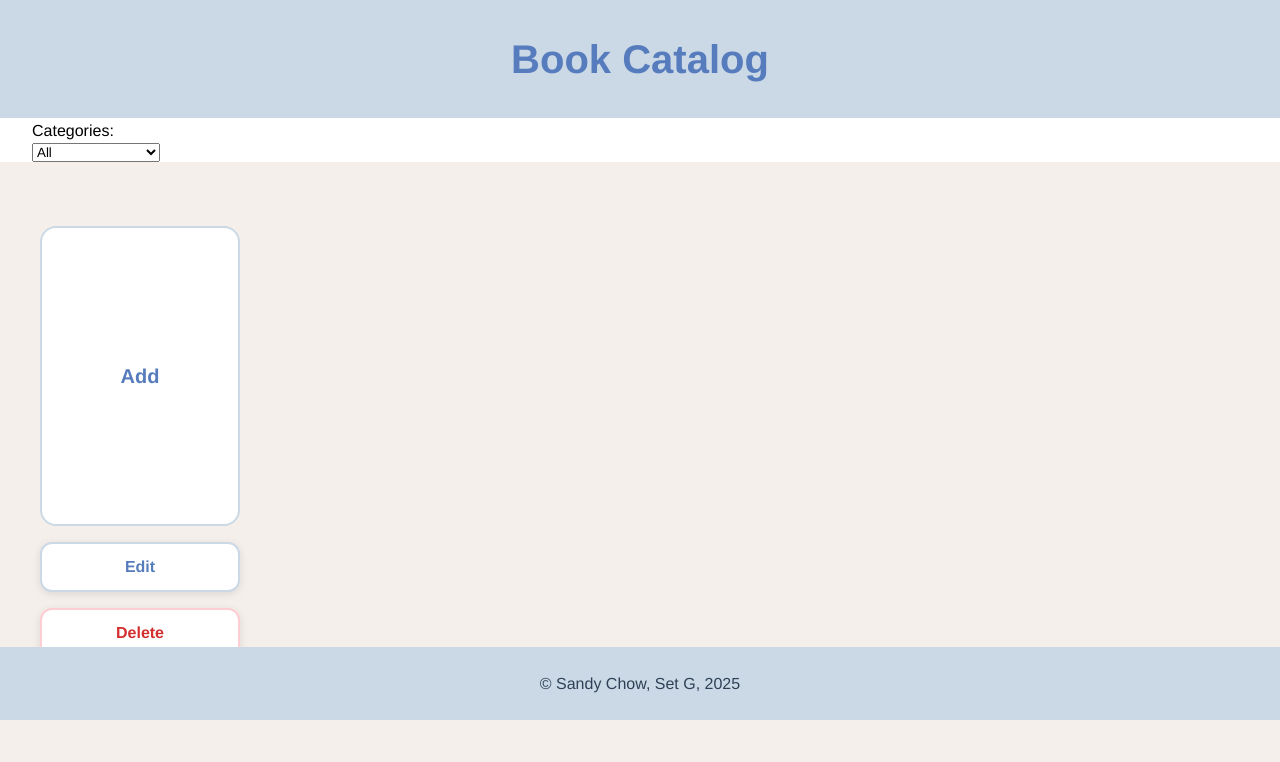
Repository: Bcit-sandy/COMP3170_Lab7
Page: /
An editor plug-in stored every save of this project. The page is shown before and after the next save, followed by the edit.
The browser window is 1280 px wide. The pictures show the whole page.
The project was rebuilt for these pictures with package versions that can differ from the ones it lists, and the page was loaded fresh each time. Also part of the build but not shown: vite.config.js, src/components/Info.jsx, src/components/Book.jsx.

Above is the page before, as saved 2025-10-25 23:42:42.

### index.html
<!doctype html>
<html lang="en">
  <head>
    <meta charset="UTF-8" />
    <link rel="icon" type="image/svg+xml" href="/vite.svg" />
    <meta name="viewport" content="width=device-width, initial-scale=1.0" />
    <title>Book Catalog App</title>
  </head>
  <body>
    <div id="root"></div>
    <script type="module" src="/src/main.jsx"></script>
  </body>
</html>

### src/main.jsx
import { StrictMode } from 'react';
import { createRoot } from 'react-dom/client';
import './index.css';
import './components/Modal/Modal.css';
import App from './App.jsx';

createRoot(document.getElementById('root')).render(
  <StrictMode>
    <App />
  </StrictMode>,
)

### src/index.css
:root {
  --light-blue-color: #CBD9E6;
  --blue-color: #567cbd;
  --beige-color: #f5efeb;
  --dark-blue-color: #2f4156;
  --white-color: #ffffff;
}

*{
  font-family: Helvetica, sans-serif
}

body {
  margin: 0;
  padding: 0;
  line-height: 1.6;
}

.app-header {
  background-color: var(--light-blue-color);
  min-height: 12vh;
  display: flex;
  flex-direction: column;
  align-items: center;
  justify-content: center;
}

.app-name {
  font-size: 2.5rem;
  color: var(--blue-color);
}

.app-main {
  background: var(--beige-color);
  width: 100%;
  min-height: 70vh;
  display: flex;
  flex-direction: column;
  align-items: center;
  justify-content: center;
  padding: 2rem 0;
  flex-wrap: wrap;
}

.app-main-content {
  background: var(--white-color);
  min-height: 10vh;
  width: 100%;
  display: flex;
  flex-direction: column;
  align-items: center;
  justify-content: center;
  padding: 2rem;
  border-radius: 12px;
  margin: 1rem;
  max-width: 1000px;
  flex-wrap: wrap;
}

.learn-more {
  color: var(--blue-color);
  text-decoration: none;
  transition: all 0.3s ease;
}

.learn-more:hover {
  color: var(--dark-blue-color);
  text-decoration: underline;
}

.app-main-content-text {
  font-size: 16px;
  color: var(--dark-blue-color);
  font-weight: 400;
  text-align: center;
  max-width: 600px;
  line-height: 1.7;
}

.add-button {
  background: var(--white-color);
  color: var(--blue-color);
  border: 2px solid var(--light-blue-color);
  border-radius: 16px;
  width: 200px;
  height: 300px;
  display: flex;
  align-items: center;
  justify-content: center;
  cursor: pointer;
  transition: all 0.3s ease;
  font-size: 1.25rem;
  font-weight: 600;
  box-shadow: 0 4px 12px var(--shadow-light);
  position: relative;
  overflow: hidden;

}

.add-button:hover {
  background-color: var(--blue-color);
  color: var(--white-color);
  box-shadow: 0 4px 15px rgba(0, 0, 0, 0.2);
  transform: translateY(-2px);
}

/* Update and Delete Button Styles */
.update-button,
.delete-button {
  background: var(--white-color);
  color: var(--blue-color);
  border: 2px solid var(--light-blue-color);
  border-radius: 12px;
  width: 200px;
  height: 50px;
  display: flex;
  align-items: center;
  justify-content: center;
  cursor: pointer;
  transition: all 0.3s ease;
  font-size: 1rem;
  font-weight: 600;
  box-shadow: 0 2px 8px rgba(0, 0, 0, 0.1);
  position: relative;
  overflow: hidden;
}

.update-button:hover {
  background-color: var(--blue-color);
  color: var(--white-color);
  border-color: var(--blue-color);
  box-shadow: 0 4px 12px rgba(86, 124, 189, 0.3);
  transform: translateY(-2px);
}

.delete-button {
  background: var(--white-color);
  color: #d32f2f;
  border: 2px solid #ffcdd2;
}

.delete-button:hover {
  background-color: #d32f2f;
  color: var(--white-color);
  border-color: #d32f2f;
  box-shadow: 0 4px 12px rgba(211, 47, 47, 0.3);
  transform: translateY(-2px);
}

.update-button:active,
.delete-button:active {
  transform: translateY(0);
  box-shadow: 0 2px 6px rgba(0, 0, 0, 0.2);
}

.app-content-container {
  display: grid;
  grid-template-columns: 200px 1fr;
  gap: 2rem;
  margin: 2rem auto;
  width: 100%;
  max-width: 1200px;
  padding: 0 1rem;
  margin-bottom: 10vh;
  align-items: start;
  justify-items: start;
  justify-content: center;
}

.add-button-column {
  grid-column: 1;
  grid-row: 1/ -1;
  display: flex;
  flex-direction: column;
  justify-content: center;
  align-items: center;
  gap: 1rem;
}

.button-group {
  display: flex;
  flex-direction: column;
  gap: 1rem;
  align-items: center;
  width: 100%;
}

.books-grid {
  grid-column: 2;
  display: grid;
  grid-template-columns: repeat(auto-fill, minmax(180px, 1fr));
  gap: 2rem;
  width: 100%;
  align-items: start;
  justify-items: start;
}

/* Responsive design --- smaller screens */
@media (max-width: 768px) {
  .app-main-content {
    width: 80%;
  }

  .app-content-container {
    grid-template-columns: auto;
    gap: 1rem;
  }

  .add-button-column {
    grid-row: 1/ -1;
    margin-bottom: 2rem;
  }

  .books-grid {
    grid-template-columns: repeat(auto-fill, minmax(180px, 1fr));
    gap: 2rem;
  }

  .add-button,
  .update-button,
  .delete-button {
    width: 150px;
    height: 45px;
    font-size: 0.9rem;
  }

  .add-button {
    height: 200px;
  }
}

.book-container {
  width: 200px;
  height: 300px;
  display: flex;
  flex-direction: column;
  align-items: center;
  border: none;
  background: var(--white-color);
  border-radius: 12px;
  transition: all 0.3s ease;
  overflow: hidden;
  justify-self: start;
  align-self: start;
}

.book-container:hover {
  transform: translateY(-4px);
  box-shadow: 0 8px 20px rgba(0, 0, 0, 0.15);
}

.book-container {
  cursor: pointer;
  position: relative;
}

.book-selected {
  border: 3px solid var(--blue-color) !important;
  background: var(--light-blue-color) !important;
  transform: translateY(-2px);
  box-shadow: 0 6px 16px var(--dark-blue-color) 50%;
}

.remove-button {
  position: absolute;
  top: 8px;
  right: 8px;
  background: var(--dark-blue-color);
  color: var(--white-color);
  border: none;
  border-radius: 50%;
  width: 25px;
  height: 25px;
  display: flex;
  align-items: center;
  justify-content: center;
  font-size: 16px;
  font-weight: bold;
  cursor: pointer;
  opacity: 0;
  transition: opacity 0.2s ease, background 0.2s ease;
  z-index: 2;
}

.book-container:hover .remove-button {
  opacity: 1;
}

.remove-button:hover {
  background: #d32f2f;
  transform: scale(1.1);
}

.book-cover {
  width: 100%;
  height: 100%;
  position: relative;
  overflow: hidden;
}

.book-cover-image {
  width: 100%;
  height: 100%;
  object-fit: cover;
  transition: transform 0.3s ease;
}

.book-container:hover .book-cover-image {
  transform: scale(1.05);
}

.book-price {
  font-size: 16px;
  background: var(--white-color);
  color: var(--dark-blue-color);
  margin: 0;
  width: 100%;
  height: 10px;
  font-weight: bold;
  text-align: center;
  padding: 0.75rem 0.5rem;
  display: flex;
  align-items: center;
  justify-content: center;
  border-top: 1px solid var(--light-blue-color);
}


.info-container {
  width: 100%;
  height: 50px;
  display: flex;
  align-items: center;
  justify-content: center;
  background: var(--light-blue-color);
  border-top: 1px solid var(--light-blue-color);
}

.info-link {
  font-size: 14px;
  color: var(--blue-color);
  background-color: var(--light-blue-color);
  width: 100%;
  height: 100%;
  font-weight: bold;
  text-decoration: none;
  cursor: pointer;
  transition: all 0.3s ease;
  display: flex;
  align-items: center;
  justify-content: center;
  border-radius: 0 0 12px 12px;
}

.info-link:hover {
  color: var(--dark-blue-color);
  text-decoration: underline;
  font-size: 16px;
}

.app-footer {
  background-color: var(--light-blue-color);
  color: var(--dark-blue-color);
  width: 100%;
  height: 10vh;
  display: flex;
  align-items: center;
  justify-content: center;
  position: fixed;
  bottom: 0;
  left: 0;
  border-top: 1px solid var(--light-blue-color);
  font-weight: 500;
  font-size: 16px;
}

### src/components/Modal/Modal.css
/* Modal dialog base */
dialog {
  border: none;
  border-radius: 16px;
  padding: 3rem;
  width: 100vw;
  max-width:400px;
  background: var(--white-color);
  box-shadow: 0 12px 40px rgba(0, 0, 0, 0.25);
}

/* Backdrop */
dialog::backdrop {
  background: rgba(47, 65, 86, 0.15);
  backdrop-filter: blur(2px);
}

/* Heading */
.new-book-form h2,
.form-container h2 {
  margin: 0 0 1rem 0;
  color: var(--blue-color);
  font-size: 1.5rem;
}

/* Form layout */
.new-book-form,
.form-container form {
  display: flex;
  flex-direction: column;
  gap: 1rem;
}

.new-book-form label,
.form-container .form-control label {
  color: var(--dark-blue-color);
  font-weight: bold;
  margin-bottom: 0.5rem;
}

.new-book-form input,
.form-container .form-control input {
    align-items: center;
    height: 1rem;
    font-size: 1rem;
    width: 100%;
    padding: 0.5rem;
    border: 2px solid var(--light-blue-color);
    border-radius: 10px;
}


/* Button style */
.button-primary,
.btn.primary {
  background: var(--blue-color);
  color: var(--white-color);
  border: 1px solid var(--blue-color);
  border-radius: 10px;
  padding: 0.5rem;
  width:50%;
  font-weight: bold;
  cursor: pointer;
}

.button-primary:hover,
.btn.primary:hover {
  background: var(--dark-blue-color);
}

.button-secondary {
  background: var(--white-color);
  color: var(--blue-color);
  border: 2px solid var(--light-blue-color);
  border-radius: 10px;
  padding: 0.5rem 0.9rem;
  font-weight: bold;
  cursor: pointer;
}

.button-secondary:hover {
  background: var(--blue-color);
  color: var(--white-color);
}

.form-container .form-control {
  display: flex;
  flex-direction: column;
}

/* Small screens */
@media (max-width: 480px) {
  dialog {
    width: 95vw;
    padding: 1.25rem;
  }
}

### src/App.jsx
import { useState } from "react";
import Book from "./components/Book";
import Add from "./components/New";
import Main from "./components/Main";
import data from "../data/books.json";
import Filter from "./components/Filter/Filter";

function App() {
  const [books, setBooks] = useState(data);
  const [selectedBook, setSelectedBook] = useState(null);

  function getBooks(bookData) {
    const isSelected = selectedBook && (selectedBook.isbn13 || selectedBook.title) === (bookData.isbn13 || bookData.title);
    return (
      <Book
        key={bookData.isbn13 || bookData.title}
        data={bookData}
        onSelect={handleBookSelection}
        isSelected={isSelected}
      />
    );
  }

  function handleBookSelection(book) {
    // If clicking the same book that's already selected, unselect it
    if (selectedBook && (selectedBook.isbn13 || selectedBook.title) === (book.isbn13 || book.title)) {
      setSelectedBook(null);
    } else {
      // Otherwise, select the clicked book
      setSelectedBook(book);
    }
  }

  function handleUpdateBook(updatedBook) {
    setBooks(prevBooks =>
      prevBooks.map(book =>
        (book.isbn13 || book.title) === (updatedBook.isbn13 || updatedBook.title)
          ? updatedBook
          : book
      )
    );
    setSelectedBook(updatedBook);
  }

  function handleDeleteBook() {
    if (selectedBook) {
      setBooks(prevBooks => prevBooks.filter(book =>
          (book.isbn13 || book.title) !== (selectedBook.isbn13 || selectedBook.title)
        ));
        setSelectedBook(null);
    } else {
      alert("Please select a book to delete");
    }
  }

  function handleAddBook(newBook) {
    setBooks(prevBooks => [...prevBooks, newBook]);
  }

  const categories = [...new Set(books.map(book => book.category))];

  return (
    <div>
      <header className="app-header">
       <h1 className="app-name">Book Catalog</h1>
      </header>

      <Filter/>
      <main className="app-main">

        <div className="app-content-container">
          <div className="add-button-column">
            <Add
              onDelete={handleDeleteBook}
              onAddBook={handleAddBook}
              book={selectedBook}
              update={handleUpdateBook}
            />
          </div>
          <Main>
            {books.map(getBooks)}
          </Main>
        </div>
      </main>

      <footer className="app-footer">
        <p>&copy; Sandy Chow, Set G, 2025</p>
      </footer>
    </div>

  )
}

export default App;

### src/components/New.jsx
import Modal from "./Modal/Modal";
import BookForm from "./Bookform";

function Add ({ onDelete, onAddBook, book, update }) {
  return (
    <div className="button-group">
      <Modal btnLabel="Add" btnClassName="add-button">
        <BookForm onAddBook={onAddBook} />
      </Modal>

      <Modal btnLabel="Edit" btnClassName="update-button">
        <BookForm book={book} add={update} onAddBook={onAddBook}/>
      </Modal>

      <button
        className="delete-button"
        onClick={onDelete}
        title="Delete selected book"
      >
        Delete
      </button>
    </div>
  )
}

export default Add

### src/components/Main.jsx
export default function Main({children}) {
    return (
        <main className="books-grid">
            {children}
        </main>
    );
}

### data/books.json
    [
]

### src/components/Filter/Filter.jsx
import "./Filter.css";
import { useState } from "react";
function Filter({ categories = [] }) {
    const [filter, setFilter] = useState('');
    return (
        <div className="filter-container">
            Categories:
            <select
                value={filter}
                onChange={(e) => setFilter(e.target.value)}>
                <option value=''>All</option>
                {[...categories].map((category) => (
                    <option value={category}>{category}</option>
                ))}
            </select>
        </div>
    );
}

export default Filter;

### src/components/Modal/Modal.jsx
import { useRef } from 'react';

function Modal({ btnLabel, btnClassName, children }) {

    const modalRef = useRef();

    function openModal() {
        modalRef.current.showModal();
    }

    function closeModal() {
        modalRef.current.close();
    }

    return (
        <>
            <button onClick={openModal} className={btnClassName}>{btnLabel}</button>
            <dialog ref={modalRef}>
                {children}
            </dialog>
        </>
    );

}

export default Modal;

### src/components/Bookform.jsx
import { useState } from "react";
import { nanoid } from "nanoid";

function BookForm({book, add, onAddBook}) {
    const [formData, setFormData] = useState({
        title: book?.title || '',
        author: book?.author || '',
        publisher: book?.publisher || '',
        year: book?.year || '',
        language: book?.language || '',
        pages: book?.pages || '',
        image: book?.image || ''
    });

    function handleChange(e) {
        const { name, value } = e.target;
        setFormData(prev => ({
            ...prev,
            [name]: value
        }));
    }

    function handleSubmit(e) {
        e.preventDefault();

        if (book) {
            // Edit mode - update existing book
            const updatedBook = {
                ...book,
                title: formData.title,
                author: formData.author,
                publisher: formData.publisher,
                year: formData.year,
                language: formData.language,
                pages: formData.pages,
                image: formData.image
            };
            add(updatedBook);
        } else {
            // Add mode - create new book
            const newBook = {
                title: formData.title,
                author: formData.author,
                publisher: formData.publisher,
                year: formData.year,
                language: formData.language,
                pages: formData.pages,
                image: formData.image,
                url: '#',
                isbn13: nanoid(),
                selected: false
            };
            if (onAddBook) {
                onAddBook(newBook);
            }
        }

        // Close modal
        const modal = document.querySelector('dialog[open]');
        if (modal) {
            modal.close();
        }

        // Reset form
        setFormData({
            title: '',
            author: '',
            publisher: '',
            year: '',
            language: '',
            pages: '',
            image: ''
        });
    }

    return (
        <div className="form-container">
            <h2> {book ? 'Edit book' : 'Add a new book'} </h2>
            <form onSubmit={handleSubmit}>
                <div className="form-control">
                    <label htmlFor="title"> Title </label>
                    <input
                        type="text"
                        name="title"
                        placeholder="Title..."
                        value={formData.title}
                        onChange={handleChange}
                    />
                </div>

                <div className="form-control">
                    <label htmlFor="author"> Author </label>
                    <input
                        type="text"
                        name="author"
                        placeholder="Author..."
                        value={formData.author}
                        onChange={handleChange}
                    />
                </div>

                <div className="form-control">
                     <label htmlFor="publisher"> Publisher </label>
                    <input
                        type="text"
                        name="publisher"
                        placeholder="Publisher..."
                        value={formData.publisher}
                        onChange={handleChange}
                    />
                </div>

                <div className="form-control">
                     <label htmlFor="year"> Publication Year </label>
                    <input
                        type="number"
                        name="year"
                        placeholder="Publication Year..."
                        value={formData.year}
                        onChange={handleChange}
                        min="1000"
                        max="2025"
                    />
                </div>

                <div className="form-control">
                     <label htmlFor="language"> Language </label>
                    <input
                        type="text"
                        name="language"
                        placeholder="Language..."
                        value={formData.language}
                        onChange={handleChange}
                    />
                </div>

                <div className="form-control">
                     <label htmlFor="pages"> Pages </label>
                    <input
                        type="number"
                        name="pages"
                        placeholder="Pages..."
                        value={formData.pages}
                        onChange={handleChange}
                        min="1"
                    />
                </div>

                <div className="form-control">
                     <label htmlFor="image"> Image URL </label>
                    <input
                        type="url"
                        name="image"
                        placeholder="https://..."
                        value={formData.image}
                        onChange={handleChange}
                    />
                </div>

                <button className="btn primary" type="submit">
                    {book ? 'Update' : 'Submit'}
                </button>
            </form>
        </div>
    );
}

export default BookForm;

### src/components/Filter/Filter.css
.filter-container {
    display: flex;
    flex-direction: column;
    align-items: left;
    justify-content: left;
    padding: 0 2rem;
    background-color: white;
    border-radius: 12px;
    width: 10%;
    height: 10%;
}

After the next save:
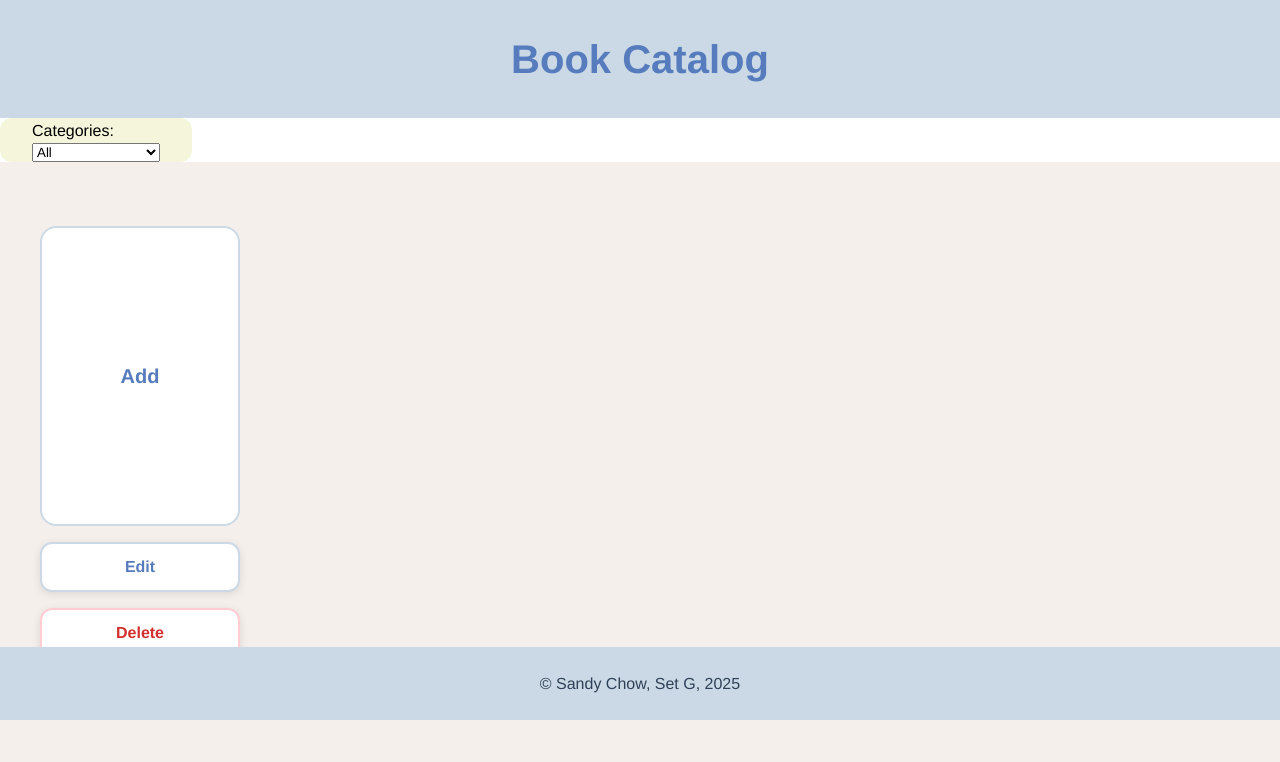
Saved 13 s later.
--- a/src/components/Filter/Filter.css
+++ b/src/components/Filter/Filter.css
@@ -4,8 +4,7 @@
     align-items: left;
     justify-content: left;
     padding: 0 2rem;
-    background-color: white;
+    background-color: beige;
     border-radius: 12px;
     width: 10%;
-    height: 10%;
 }
